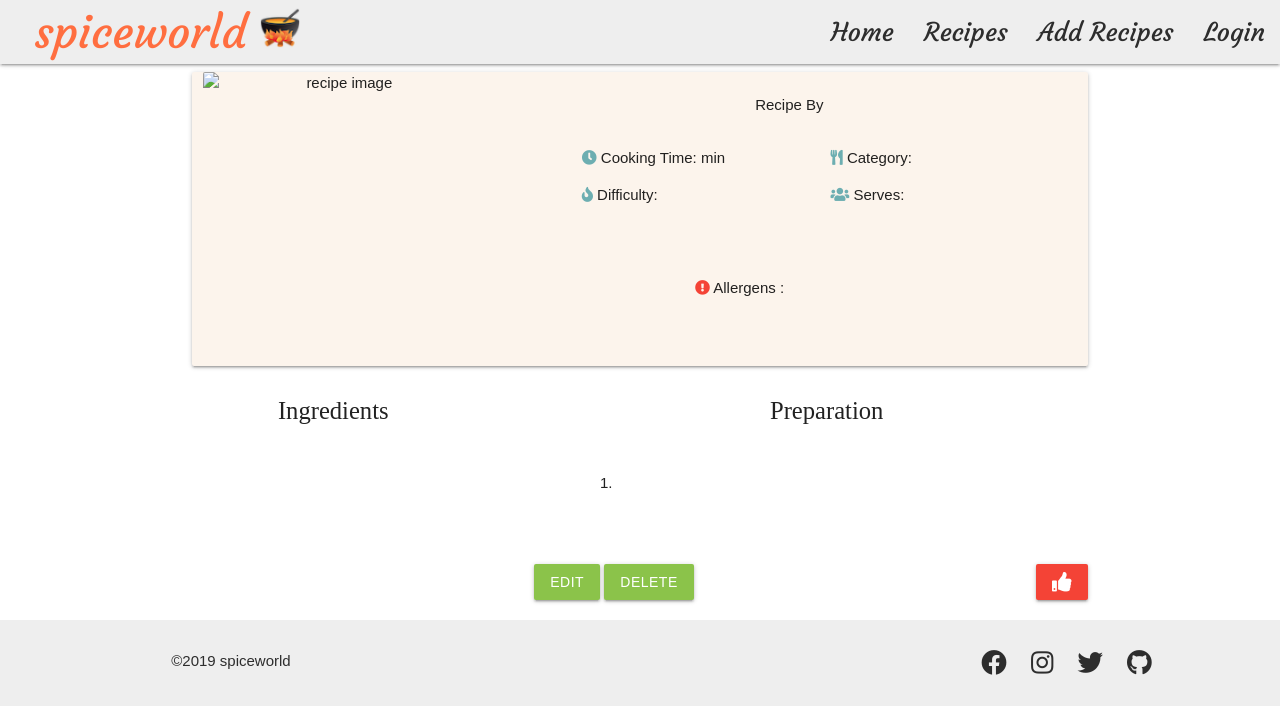
Repository: stephyraju/spiceworld
Page: templates/view.html
The author's editor kept a record of every edit. The page is drawn from the files as they stood at one moment, then again after the next edit.
The browser window is 1280 px wide. The pictures show the whole page.
Some web libraries are served in a nearby version. The template is drawn by Flask 3. The application's start-up code is not run. Other server files are loaded and not shown. The template is opened directly, without the code that normally fills it, so the values that code supplies are empty.

Above is the page before.

### templates/view.html
{% extends 'base.html' %} {% block content %}

<section class="view-recipe">
    <div class="container recipe-view">
        <div class="row card recipe-card">
            <div class="col s12 l4 center-align card-image">
                <img height="400" width="375" src="{{recipe.image_url}}" alt="recipe image" class="responsive-img materialboxed">
            </div>
            <div class="col s12 l8 center-align">
                <div class="recipe-header">
                    <h4>{{recipe.recipe_name}}</h4>
                </div>
                <div class="author">
                    <p>Recipe By <span>{{recipe.author}}</span></p>
                </div>
                <div class="row ">
                    <div class="col s5 offset-s1 left-align">
                        <div>
                            <p> <i class="fas fa-clock icon-color"></i> Cooking Time: <span class="">{{recipe.cooking_time}}</span> min
                            </p>
                        </div>

                        <div>
                            <p> <i class="fas fa-fire icon-color"> </i> Difficulty:
                                <span class="">{{recipe.difficulty}}</span>
                            </p>
                        </div>
                    </div>
                    <div class="col s5 left-align">
                        <div>
                            <p> <i class="fas fa-utensils icon-color"></i> Category: <span class="">{{recipe.category_name}}</span>
                            </p>
                        </div>
                        <div>
                            <p> <i class="fas fa-users icon-color"></i> Serves:
                                <span class="">{{recipe.serves}}</span>
                            </p>
                        </div>
                    </div>
                </div>
                <div class="row">
                    <div class="col s12 recipe-description">
                        <p><span class="">{{recipe.description}}</span>
                    </div>
                </div>
                <div class="row">
                    <div class="col s10 ">
                        <i class="fas fa-exclamation-circle red-text"></i> Allergens : <span class="">{{recipe.allergens}}</span>
                    </div>
                </div>
</section>
<section id="Ingredients-Preparation">
    <div class="container">
        <div class="row ">
            <!-- ingredient -->
            <div class="col s12 m4 offset-s1 offset-m1 ingredients">
                <div class="row">
                    <div class="col s12 ingredients">
                        <h5>Ingredients</h5>
                        <br>
                        <ol class "striped">
                            {% for ingredient in recipe.ingredients %}
                            <li>
                                {{ ingredient }}
                            </li>

                            {% endfor %}
                        </ol>
                    </div>
                </div>
            </div>
            <!-- Preparation -->
            <div class="col s12  m7 preparation">
                <div class="row">
                    <div class="col s12">
                        <h5 class="center">Preparation</h5>
                        <br>
                        <ol>
                            <li>
                                {% for preparation in recipe.preparation %}
                                <i class="material-icons prefix teal-text tiny">fiber_manual_record</i> {{ preparation }}
                                <div class="divider"></div>
                            </li>
                            {% endfor %}
                        </ol>
                    </div>
                </div>
            </div>
        </div>
    </div>
    </div>
    </div>
</section>
<section>
    <div class="container recipe-view">
        <div class="row card recipe-card">
        </div>
    </div>
</section>
<section>
    <div class="row center container">
        <a class="waves-effect waves-light btn light-green">Edit</a>
        <a class="waves-effect waves-light btn light-green">Delete</a>
        <a class="waves-effect waves-light btn right red"> <i class="fa fa-thumbs-up"></i></a>
    </div>
</section>
{% endblock %}

### templates/base.html
<!DOCTYPE html>
<html lang="en">

<head>
  <meta charset="UTF-8">
  <meta name="viewport" content="width=device-width, initial-scale=1.0">
  <meta http-equiv="X-UA-Compatible" content="ie=edge">
  <title>spiceworld</title>

  <!--Import Google Icon Font-->
  <link href="https://fonts.googleapis.com/icon?family=Material+Icons" rel="stylesheet">
  <!--Font Awesome-->
  <link rel="stylesheet" href="https://use.fontawesome.com/releases/v5.8.2/css/all.css" integrity="sha384-oS3vJWv+0UjzBfQzYUhtDYW+Pj2yciDJxpsK1OYPAYjqT085Qq/1cq5FLXAZQ7Ay" crossorigin="anonymous">
  <!--Materialize CSS-->
  <link rel="stylesheet" href="https://cdnjs.cloudflare.com/ajax/libs/materialize/1.0.0/css/materialize.min.css">
  <!--CSS-->
  <link rel="stylesheet" href="{{ url_for('static', filename='css/style.css')}}" type="text/css" />

</head>

<body class="bgimg">

  <!--Header-->
  <header class="navbar-fixed">
    <nav>
      <div class="nav-wrapper grey lighten-3">
        <a href="#" class="brand-logo">spiceworld <img class="hide-on-med-and-down" src="{{ url_for('static', filename='images/logo.png') }}"></a>
        <a href="#" data-target="mobile-sidenav" class="sidenav-trigger"><i class="fas fa-bars"></i></a>
        <ul id="nav-mobile" class="right hide-on-med-and-down">
          <li><a href="{{ url_for('index') }}">Home</a></li>
          <li><a href="{{ url_for('get_recipes') }}">Recipes</a></li>
          <li><a href="{{ url_for('add_recipe') }}">Add Recipes</a></li>
          <li><a href="collapsible.html">Login</a></li>

        </ul>
      </div>
    </nav>
  </header>
  <!--Sidenav-->
  <ul class="sidenav" id="mobile-sidenav">
    <img class="responsive-img" src="{{ url_for('static', filename='images/sidenav.png') }}" alt="spices-image">

    <li><a class="active" href="#">Home</a></li>
    <li><a href="#!">Recipes</a></li>

    <li><a href="#">Login</a></li>
    <li><a class="waves-effect" href="#!">Third Link With Waves</a></li>
  </ul>

  <main>
    {% block content %}
    {% endblock %}
  </main>

  <footer class="page-footer grey lighten-3">

     <div class="row footer-content">
        <div class="col s5 m6">
          <div class="copyright">&copy;2019 spiceworld</div>
        </div>
        <div class="col s7 m3">
                    <a href="https://www.facebook.com/" target="_blank"><i class="fab fa-facebook social-icon"></i></a>
                    <a href="https://www.instagram.com/" target="_blank"><i class="fab fa-instagram social-icon"></i></a>
                    <a href="https://www.twitter.com/" target="_blank"><i class="fab fa-twitter social-icon"></i></a>
                    <a href="https://github.com/stephyraju" target="_blank"><i class="fab fa-github social-icon"></i></a>
        </div>

      </div>

  </footer>

  <script src="https://code.jquery.com/jquery-3.4.0.slim.js" integrity="sha256-milezx5lakrZu0OP9b2QWFy1ft/UEUK6NH1Jqz8hUhQ=" crossorigin="anonymous"></script>
  <script src="https://cdnjs.cloudflare.com/ajax/libs/materialize/1.0.0/js/materialize.min.js"></script>
  <script src="{{ url_for('static', filename='js/main.js') }}"></script>
</body>

</html>

### static/css/style.css
@import url('https://fonts.googleapis.com/css?family=Courgette&display=swap');

body {
  background-color: F0F0F0;
  font-family: 'ProximaNova Regular', sans-serif;
  display: flex;
  flex-direction: column;
  min-height: 100vh;
  overflow-x: hidden;
}
.section-container {
  max-width: 100%;
  margin-left: auto;
  margin-right: auto;
  padding-left: 15px;
  padding-right: 15px;
  border-radius: 5px;
}
/* -------- Nav Bar ----------*/

nav {
     font-family: 'Courgette';
}

nav .brand-logo {
    color: #ff6e40;
    font-size: 3rem;
    font-family: 'Courgette', cursive;
    -webkit-transition: 0.2s;
    -o-transition: 0.2s;
    transition: 0.2s;
}

@media screen and (min-width: 993px){
nav .brand-logo {
    margin-left: 2.3rem;
}
}
nav ul a {
  color:#2d2d2d;
  font-size: 1.7rem;
  font-family: 'Courgette';
}
nav ul a:hover,
nav ul .active {
  color:#76c14f;
}
.fa-bars{
  color: #ff6e40;
}
h4,h5{
  font-family: 'Muli','sans-serif';
}
/*--------Title----------*/

.title-container{
  position: relative;
  text-align: center;
  color: white;
  width:100%;
  margin-top: 20px;
}
.title-container img{
    display: block;
    width: 100%;
    height: 25vh;
    object-fit: cover;
    border-radius: 5px;
}

.intro-content{
  position: absolute;
  top: 50%;
  left: 70%;
  transform: translate(-50%, -50%);
}
/*--------Category---------*/

.catergory-container{
  font-size: 1.2rem;
  color:#2d2d2d;
  margin-top: 20px;
  background-color:#eeeeee;
  height:70px;
  margin-left: 15px;
  margin-right: 15px;
}
.catergory-container .row {
  padding-top: 20px;
}
.catergory-container a {
  color:#2d2d2d;
}
.catergory-container a :hover {
  color:#ff6e40 !important;
}

/*--------Description---------*/
.cells h4 {
  font-family: 'Muli','sans-serif';
}
.cells h5{
  color: #76c14f;
  font-size: 1.5rem;
  font-family: 'Courgette',sans-serif;
}
 p {
  padding-left: 30px;
  padding-right: 30px;
}
.content{
  margin-top: 20px;
  margin-bottom: 20px;
}

.recipe-card .card .card-image img {
  display: block;
  position: relative;
  width: 100%;
  height: 200px;
  }


/*--------View Recipe---------*/
.icon-color{
  color:rgb(109, 174, 177);
}

 .recipe-view .card {
   background-color: #fcf4ec;
 }
/*--------Footer---------*/

.page-footer i{
  color:#2d2d2d;
}
.page-footer i:hover{
   color:#ff6e40;
}
.page-footer {
    min-height: 45px;
}
.footer-content{
  display:flex;
  color:#2d2d2d;
}
.copyright{
  padding-top: 10px;
}
.social-icon {
  margin: 10px;
  color: white;
  font-size: 1.7rem;
}

### static/js/main.js
$(document).ready(function(){
    $('.sidenav').sidenav();
    $('.dropdown-trigger').dropdown();
    $('select').formSelect();
    $('.carousel').carousel();

  });

 var ingredientField = $(".ingredient").length;
    $("#add_ingredient").on("click", function () {
        $("select").formSelect("destroy");
        $(".new-ingredient:first").clone().insertBefore("#add_ingredient").find("input[type='text'], select, textarea").val("");
        $("select").formSelect();
        ingredientField += 1;
    });

    $("#remove_ingredient").on("click", function () {
        if (ingredientField > 1) {
            /* only remove the :last item */
            $(this).siblings(".new-ingredient:last").remove();
            /* ensure original ingredient line never gets deleted */
            ingredientField-= 1;
        }
    });


var preparationField = $(".preparation").length;
    /* add new cloned item */
    $("#add_step").on("click", function () {
        $(".new-step:first").clone().insertBefore("#add_step").find("input[type='text'], select, textarea").val("");
        /* increase counter so original direction is never removed */
       preparationField += 1;
    });
    /* delete last cloned item */
    $("#remove_step").on("click", function () {
        if ( preparationField > 1) {
            /* only remove the :last item */
            $(this).siblings(".new-step:last").remove();
            /* ensure original direction line never gets deleted */
            preparationField-= 1;
        }
    });

After the next edit:
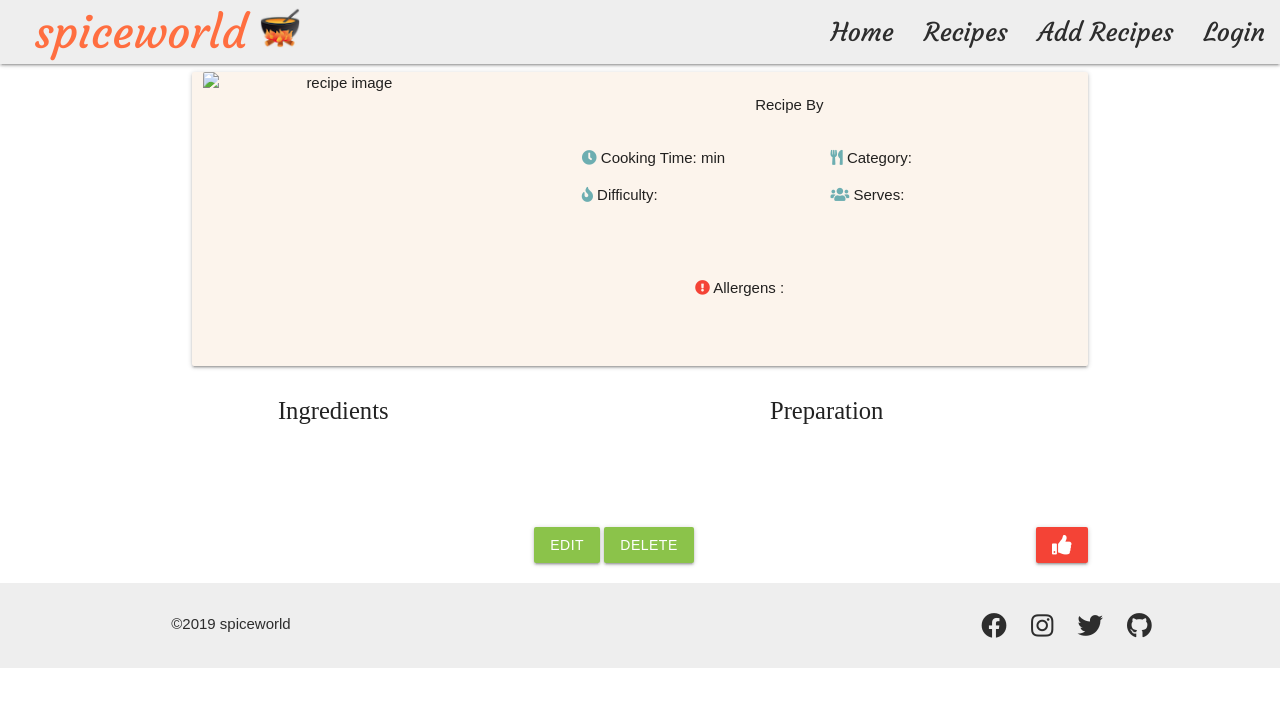
The edit:
--- a/templates/view.html
+++ b/templates/view.html
@@ -75,7 +75,7 @@
                     <div class="col s12">
                         <h5 class="center">Preparation</h5>
                         <br>
-                        <ol>
+                        <ul>
                             <li>
                                 {% for preparation in recipe.preparation %}
                                 <i class="material-icons prefix teal-text tiny">fiber_manual_record</i> {{ preparation }}
